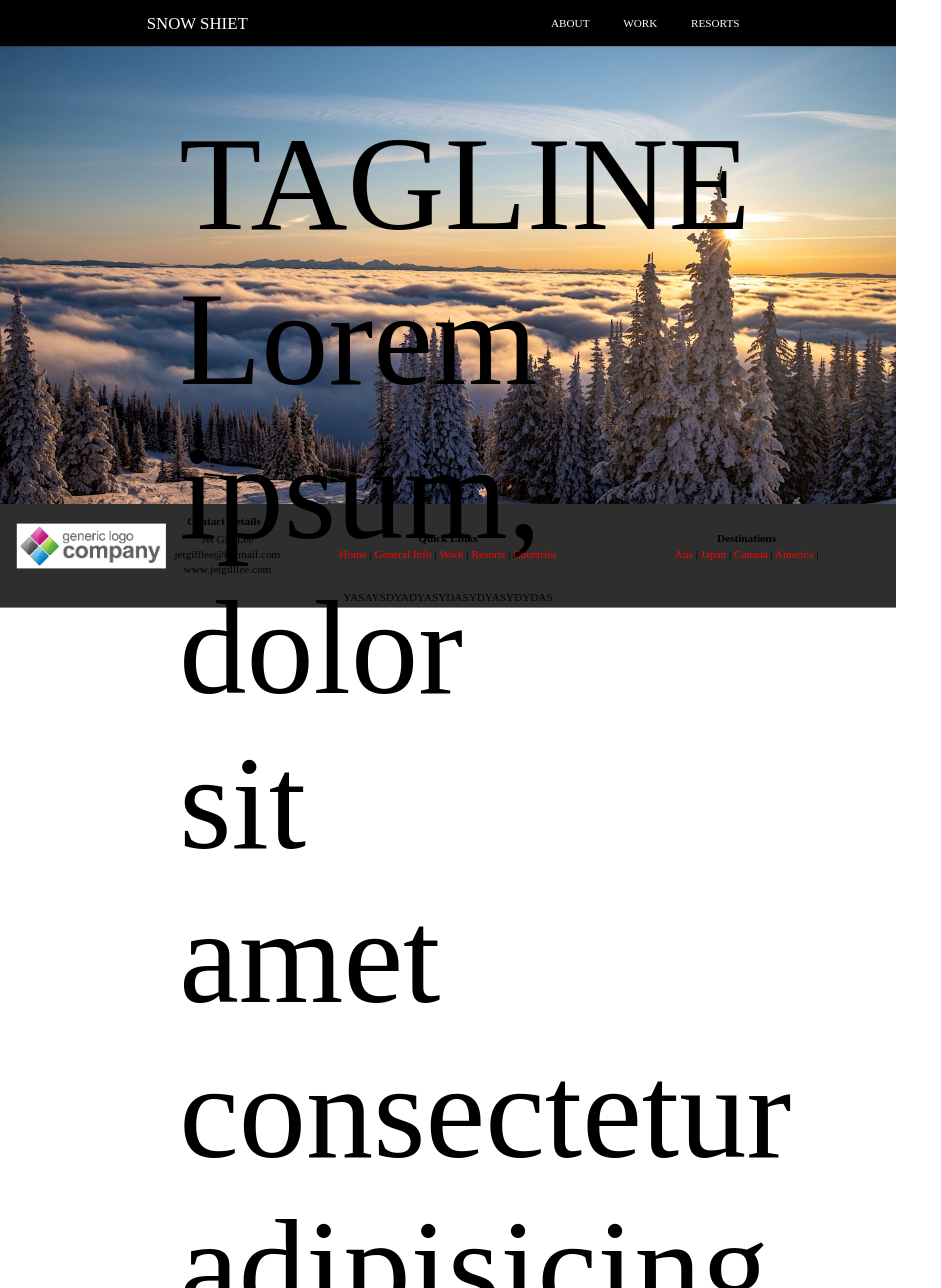
Repository: Jet-Gill-Lee/SnowSite
Page: index.html
These files come from the project's save history. The page is drawn as it stood at one moment and after a run of saves; the edit follows.
The browser window is 1280 px wide. The page is 1344 px wide, then 1280 px, so the pictures cover 1344 px, including what lies to the right of the window. The pictures show the part of the page from y = 0 to 1840 px (the page is 5898 px tall before and 868 px after), at 70% of full size.

Above is the page before, as saved 2021-07-24 18:22:29.

After the next 3 saves:
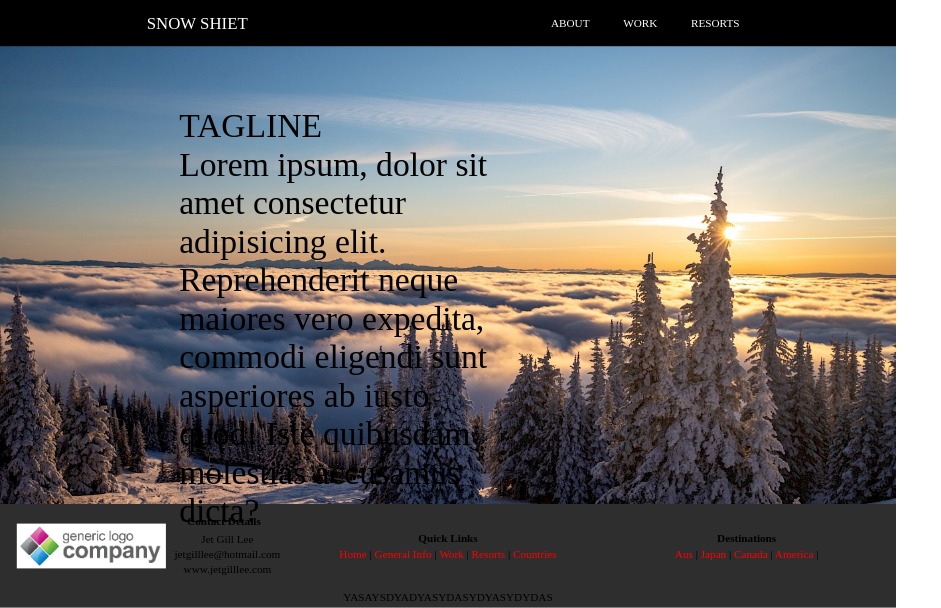
The 3 saves are shown as one change because they came seconds apart.
The last was saved 9 s later.
--- a/css/stylesheet.css
+++ b/css/stylesheet.css
@@ -71,7 +71,7 @@ body {
 }
 .hero-text {
   width:45%;
-  font-size: 12rem;
+  font-size: 3rem;
 }
 .footer-flex-container {
   display: flex;
